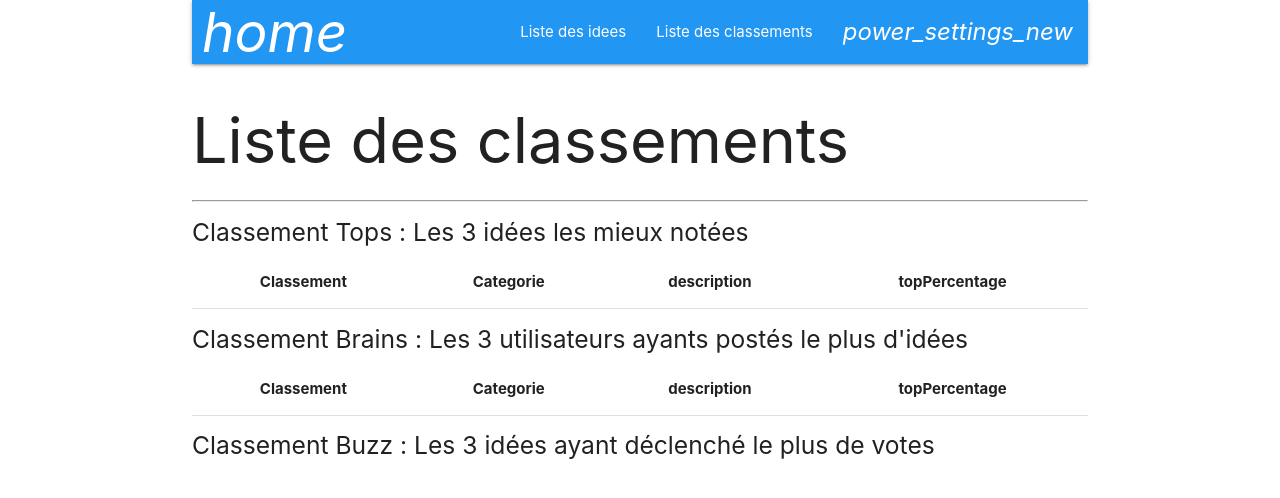
Repository: thdal/Atelier_JEE_16_02
Page: http://localhost/Atelier_JEE_16_02/WEB-INF/pages/classement/ListClassement.jsp
The author's editor kept a copy of each file at every save. The page is drawn from the files as they stood at one save, then again after the next save.
The browser window is 1280 px wide. The pictures show the whole page.
The page is served by Tomcat 9. Nobody is signed in. Other server files are loaded and not shown. The template is opened directly, without the code that normally fills it, so the values that code supplies are empty.

Above is the page before, as saved 2021-02-27 02:05:13.

### Atelier_JEE_16_02/src/main/webapp/WEB-INF/pages/classement/ListClassement.jsp
<%@ page language="java" contentType="text/html; charset=ISO-8859-1"
    pageEncoding="ISO-8859-1"%>
<!DOCTYPE html>
<html>
<head>
<meta charset="ISO-8859-1">
<title>Insert title here</title>
</head>
<body>
<div class="container">
<%@ include file="../commons/MenuNavBar.jsp" %>
<h1>Liste des classements</h1>
<hr>

<h5>Classement Tops : Les 3 idées les mieux notées</h5>

<table class="centered">
   <thead>
       <tr>
           <th>Classement</th>
           <th>Categorie</th>
           <th>description</th>
           <th>topPercentage</th>

       </tr>
   </thead>
   <tbody>
    <c:forEach items="${topsClassement}" var="tc" varStatus="loop">
	    <tr>
	    	<td>
	    	<c:out value="${loop.index + 1}"/>
	    	</td>
	        <td><c:out value="${tc.categorie}"/></td>
	        <td> <c:out value="${tc.description}"/>
	        </td>
	        <td><c:out value="${tc.topPercentage}"/>
	        </td>
	    </tr>
	</c:forEach>
    </tbody>
 </table>

<h5>Classement Brains : Les 3 utilisateurs ayants postés le plus d'idées</h5>

<table class="centered">
   <thead>
       <tr>
           <th>Classement</th>
           <th>Categorie</th>
           <th>description</th>
           <th>topPercentage</th>

       </tr>
   </thead>
   <tbody>
    <c:forEach items="${brainsClassement}" var="tc" varStatus="loop">
	    <tr>
	    	<td>
	    	<c:out value="${loop.index + 1}"/>
	    	</td>
	        <td><c:out value="${tc.categorie}"/></td>
	        <td> <c:out value="${tc.description}"/>
	        </td>
	        <td><c:out value="${tc.topPercentage}"/>
	        </td>
	    </tr>
	</c:forEach>
    </tbody>
 </table>

<h5>Classement Buzz : Les 3 idées ayant déclenché le plus de votes</h5>

</div>
</body>
</html>

### Atelier_JEE_16_02/src/main/webapp/WEB-INF/pages/commons/MenuNavBar.jsp
<head>
    <link rel="stylesheet" href="https://cdnjs.cloudflare.com/ajax/libs/materialize/1.0.0/css/materialize.min.css">
	  <link href="https://fonts.googleapis.com/icon?family=Material+Icons" rel="stylesheet">
	   <%@ taglib prefix="c" uri="http://java.sun.com/jsp/jstl/core" %>

</head>

 <nav class="blue">
    <div class="nav-wrapper">
      <a href="home" class="brand-logo"><i style="margin-left:10px; font-size:55px" class="large material-icons">home</i></a>
      <ul id="nav-mobile" class="right hide-on-med-and-down">
        <c:if test="${ sessionScope.Admin }">
        	<li><a href="user?action=list">Liste des utilisateurs</a></li>
    	</c:if>
        <li><a href="idees?action=list">Liste des idees</a></li>
        <li><a href="classements?action=list">Liste des classements</a></li>
        <li><a href="connexion"><i class="material-icons prefix">power_settings_new</i></a></li>

        <!-- <li><a href="users?action=list">Liste des utilisateurs</a></li>  -->
      </ul>
    </div>
  </nav>

    <script src="https://cdnjs.cloudflare.com/ajax/libs/materialize/1.0.0/js/materialize.min.js"></script>

After the next save:
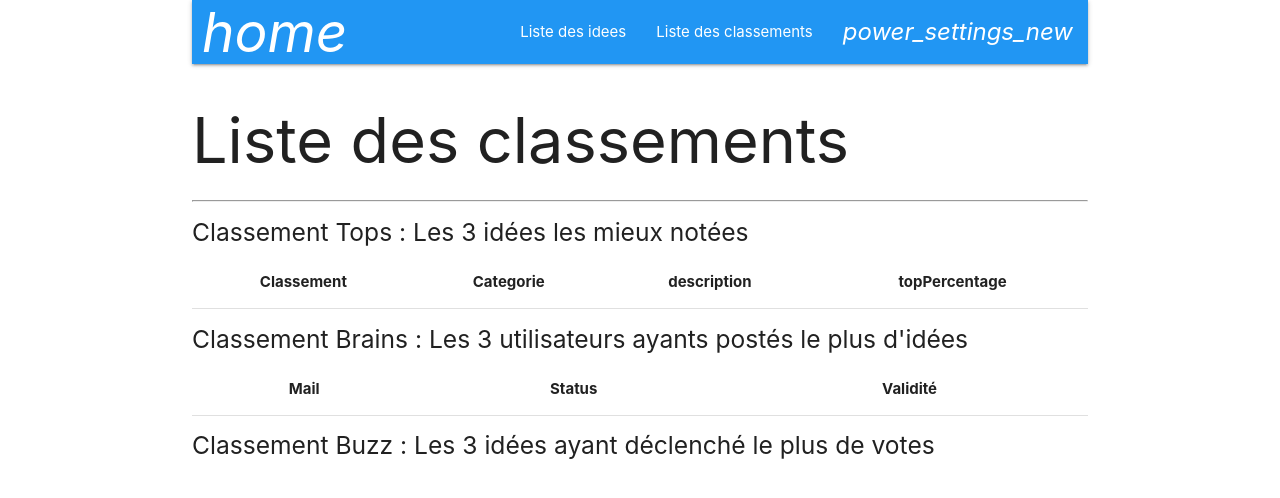
Saved 52 s later.
--- a/Atelier_JEE_16_02/src/main/webapp/WEB-INF/pages/classement/ListClassement.jsp
+++ b/Atelier_JEE_16_02/src/main/webapp/WEB-INF/pages/classement/ListClassement.jsp
@@ -45,10 +45,9 @@
 <table class="centered">
    <thead>
        <tr>
-           <th>Classement</th>
-           <th>Categorie</th>
-           <th>description</th>
-           <th>topPercentage</th>
+           <th>Mail</th>
+           <th>Status</th>
+           <th>Validité</th>
 
        </tr>
    </thead>
